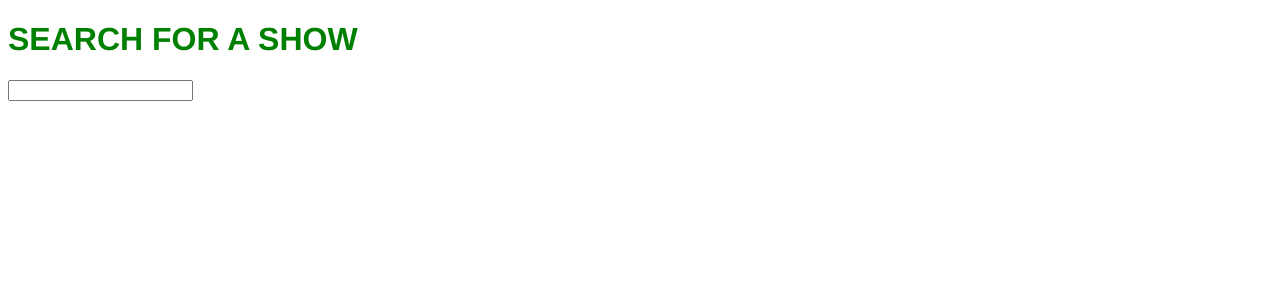
Repository: danielBorowik/tv-series
Page: /#/
These files come from the project's save history. The page is drawn as it stood at one moment and after the next save; the edit follows.
The browser window is 1280 px wide. The pictures show the whole page.
The project was rebuilt for these pictures with package versions that can differ from the ones it lists, and the page was loaded fresh each time. Also part of the build but not shown: src/components/searchItem.vue, src/components/modal.vue.

Above is the page before, as saved 2019-12-29 15:49:29.

### public/index.html
<!DOCTYPE html>
<html lang="en">
  <head>
    <meta charset="utf-8">
    <meta http-equiv="X-UA-Compatible" content="IE=edge">
    <meta name="viewport" content="width=device-width,initial-scale=1.0">
    <link rel="icon" href="<%= BASE_URL %>favicon.ico">
    <title>tvseries</title>
  </head>
  <body>
    <noscript>
      <strong>We're sorry but tvseries doesn't work properly without JavaScript enabled. Please enable it to continue.</strong>
    </noscript>
    <div id="app"></div>
    <!-- built files will be auto injected -->
  </body>
</html>

### src/App.vue
<template>
  <div id="app">
    <router-view/>
  </div>
</template>

<script>

</script>

<style lang="scss">

#app {
  font-family: 'Avenir', Helvetica, Arial, sans-serif;
  -webkit-font-smoothing: antialiased;
  -moz-osx-font-smoothing: grayscale;
}

</style>

### src/router/index.js
import Vue from 'vue';
import VueRouter from 'vue-router';
import search from '../components/search.vue';

Vue.use(VueRouter);

const routes = [
  {
    path: '/',
    name: 'search',
    component: search,
  },
];

const router = new VueRouter({
  routes,
});
export default router;

// {
//   path: '/about',
//   name: 'about',
//   // route level code-splitting
//   // this generates a separate chunk (about.[hash].js) for this route
//   // which is lazy-loaded when the route is visited.
//   component: () => import(/* webpackChunkName: "about" */ '../views/About.vue'),
// },

### src/components/search.vue
<template>
<div>
  <h1>SEARCH FOR A SHOW</h1>
  <searchinput v-model="textInput" @input="search"></searchinput>
  <p v-if="loading">IS LOADING!</p>
    <div v-if="searchResults && !loading">
      <searchItem
      v-for="item in searchResults.data"
      :key="item.show.id"
      :show="item.show"
      @click.native="openModal(item.show)"
      >
      </searchItem>
    </div>

    <!-- <div class="results" v-if="results && !loading && step === 1">
      <Item v-for="item in results" :item="item" :key="item.data[0].nasa_id"
      @click.native="handleModalOpen(item)" />
    </div> -->
<modal v-if="isModalOpened" :show="displayedShow" @closeModal="isModalOpened = false"> </modal>
</div>
</template>

<script>
import debounce from 'lodash.debounce';
import axios from 'axios';
import searchinput from './searchinput.vue';
import searchItem from './searchItem.vue';
import modal from './modal.vue';


const API = 'http://api.tvmaze.com/search/shows?q=';

export default {
  name: 'search',
  data() {
    return {
      textInput: '',
      searchResults: '',
      loading: '',
      isModalOpened: false,
      displayedShow: '',
    };
  },
  components: {
    searchinput,
    searchItem,
    modal,
  },
  computed: {

  },
  methods: {
    search: debounce(function () {
      this.loading = true;
      axios.get(`${API}${this.textInput}`)
        .then((response) => {
          console.log(response);
          console.log(response.data[0].show.name);
          this.searchResults = response;
          this.loading = false;
        })
        .catch((error) => {
          console.log(error);
        });
    }, 500),
    openModal(item) {
      console.log(item);
      this.displayedShow = item;
      this.isModalOpened = true;
    },
  },
};

</script>

<style scoped lang="scss">

h1 {
  color: green;
}

</style>

### src/components/searchinput.vue
<template>

  <input  value="to jest komponent" @input="handler"/>

</template>

<script>

export default {
  name: 'searchinput',
  methods: {
    handler(e) {
      this.$emit('input', e.target.value);
    },
  },
};

</script>

<style>

</style>

Loaded but not shown: src/main.js (common file)

After the next save:
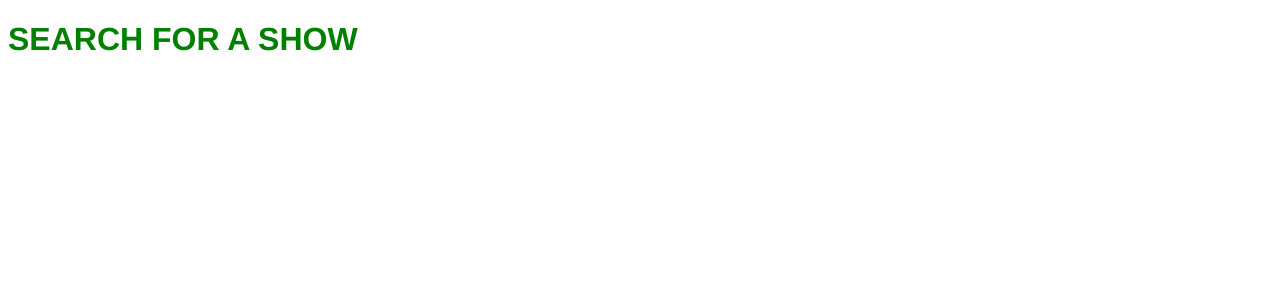
Saved 3 min 1 s later.
--- a/src/components/searchinput.vue
+++ b/src/components/searchinput.vue
@@ -18,5 +18,36 @@
 </script>
 
 <style>
+  input {
+    margin-top: 50px;
+    display: flex;
+    width: 250px;
+    color: white;
+    text-align: center;
+    font-size: 18px;
+    font-weight: 300;
+    height: 30px;
+    border: 0;
+    background: none;
+    border-bottom: 1px solid white;
+    transition: box-shadow .3s ease-out;
 
+    @media (min-width: 1024px) {
+      font-weight: 400;
+    }
+  }
+
+  input:focus {
+    outline: none;
+    box-shadow: 0 10px 20px -8px rgba(255,255,255, .5);
+  }
+
+  .dark {
+    color: #1e3d4a;
+    border-bottom-color: #1e3d4a;
+  }
+
+  .dark:focus {
+    box-shadow: 0 10px 20px -8px rgba(#1e3d4a, .2);
+  }
 </style>
